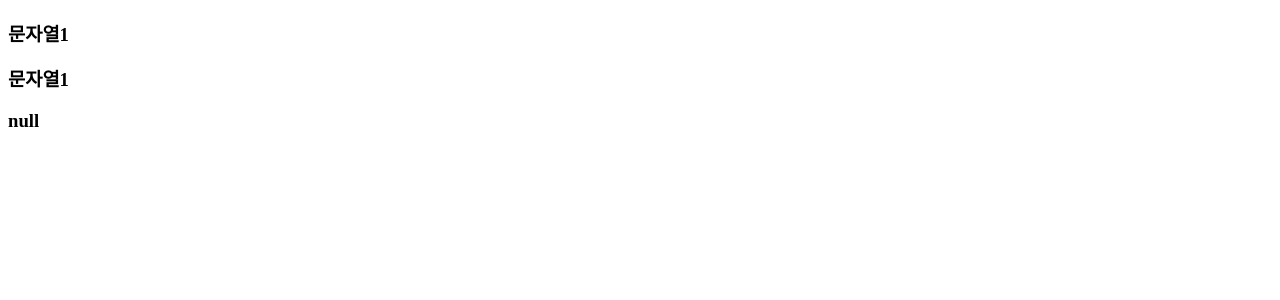
Repository: 2nho/personal-study
Page: http://localhost/ExWebPrj1/elexample1.jsp
An editor plug-in stored every save of this project. The page is shown before and after the next save, followed by the edit.
The browser window is 1280 px wide. The pictures show the whole page.
The page is served by Tomcat 9.

Above is the page before, as saved 2021-12-30 07:58:29.

After the next save:
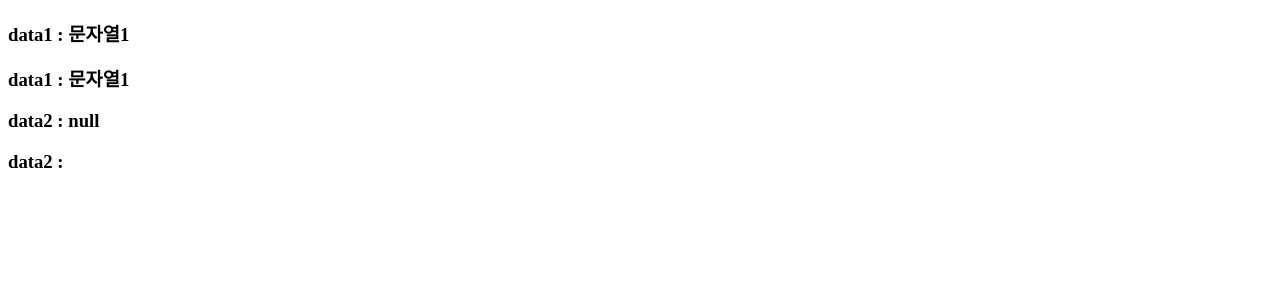
Saved 21 s later.
--- a/Java/workspace/ExWebPrj1/src/main/webapp/elexample1.jsp
+++ b/Java/workspace/ExWebPrj1/src/main/webapp/elexample1.jsp
@@ -15,9 +15,9 @@
 <title>Insert title here</title>
 </head>
 <body>
-	<h3><%=request.getAttribute("data1") %></h3>
-	<h3>${data1}</h3>
-	<h3><%=request.getAttribute("data2") %></h3>
-	<h3>${data2}</h3>
+	<h3>data1 : <%=request.getAttribute("data1") %></h3>
+	<h3>data1 : ${data1}</h3>
+	<h3>data2 : <%=request.getAttribute("data2") %></h3>
+	<h3>data2 : ${data2}</h3>
 </body>
 </html>
